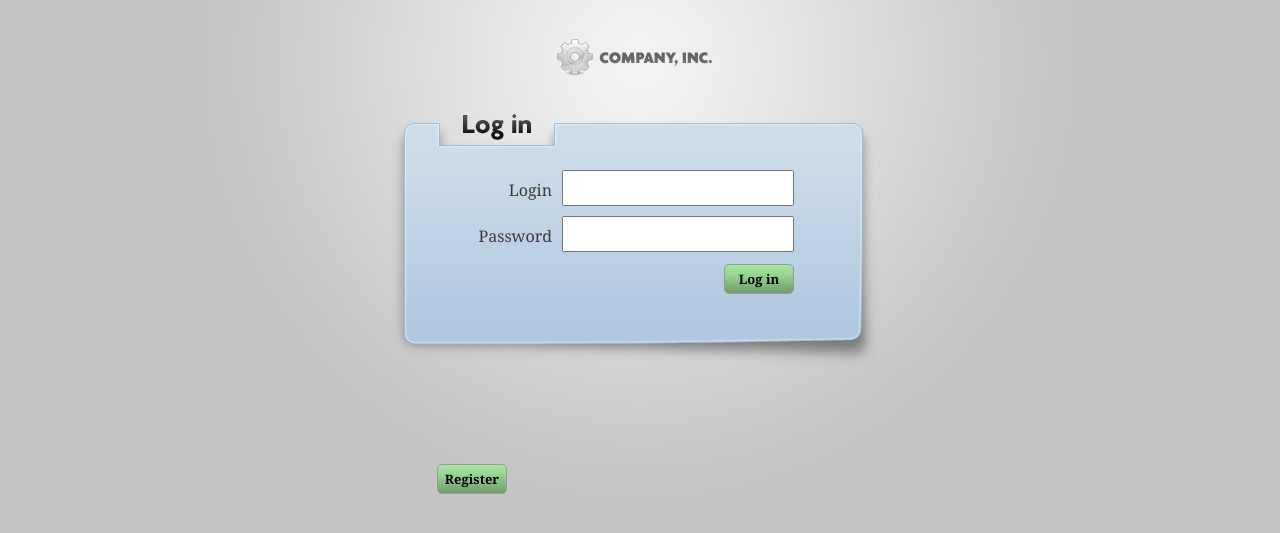
Repository: zlenyk/wrzucak
Page: Shop/WebContent/index.html
An editor plug-in stored every save of this project. The page is shown before and after the next save, followed by the edit.
The browser window is 1280 px wide. The pictures show the whole page.

Above is the page before, as saved 2013-09-20 10:03:49.

### Shop/WebContent/index.html
<!DOCTYPE html PUBLIC "-//W3C//DTD XHTML 1.0 Transitional//EN" "http://www.w3.org/TR/xhtml1/DTD/xhtml1-transitional.dtd">
<html xmlns="http://www.w3.org/1999/xhtml">

<head>
	<meta http-equiv="Content-Type" content="text/html; charset=UTF-8" />

	<title>Login Page</title>

	<link rel="stylesheet" type="text/css" href="style.css" />

</head>

<body>

	<form id="login-form" method="post" action="http://localhost:8080/Shop/Login">
		<fieldset>

			<legend>Log in</legend>

			<label for="login">Login</label>
			<input type="text" id="login" name="login"/>
			<div class="clear"></div>

			<label for="password">Password</label>
			<input type="password" id="password" name="password"/>
			<div class="clear"></div>

			<input type="hidden" name ="action" value = "login" />

			<br />

			<input type="submit" style="margin: -20px 0 0 287px;" class="button" name="commit" value="Log in"/>
		</fieldset>
	</form>

	<form id="login-form" method="post" action="http://localhost:8080/Shop/Registration">
			<input type="submit" style="margin: 110px 0 0 0px;" class="button" name="commit" value="Register"/>
	</form>
</body>

</html>

### Shop/WebContent/style.css
*					{ margin: 0; padding: 0; }
body				{ font-family: Georgia, serif; background: url(images/login-page-bg.jpg) top center no-repeat #c4c4c4; color: #3a3a3a;  }

.clear				{ clear: both; }

form				{ width: 406px; margin: 170px auto 0; }

legend				{ display: none; }

fieldset			{ border: 0; }

label				{ width: 115px; text-align: right; float: left; margin: 0 10px 0 0; padding: 9px 0 0 0; font-size: 16px; }

input				{ width: 220px; display: block; padding: 4px; margin: 0 0 10px 0; font-size: 18px;
					  color: #3a3a3a; font-family: Georgia, serif;}
input[type=checkbox]{ width: 20px; margin: 0; display: inline-block; }

.button				{ background: url(images/button-bg.png) repeat-x top center; border: 1px solid #999;
					  -moz-border-radius: 5px; padding: 5px; color: black; font-weight: bold;
					  -webkit-border-radius: 5px; font-size: 13px;  width: 70px; }
.button:hover		{ background: white; color: black; }

After the next save:
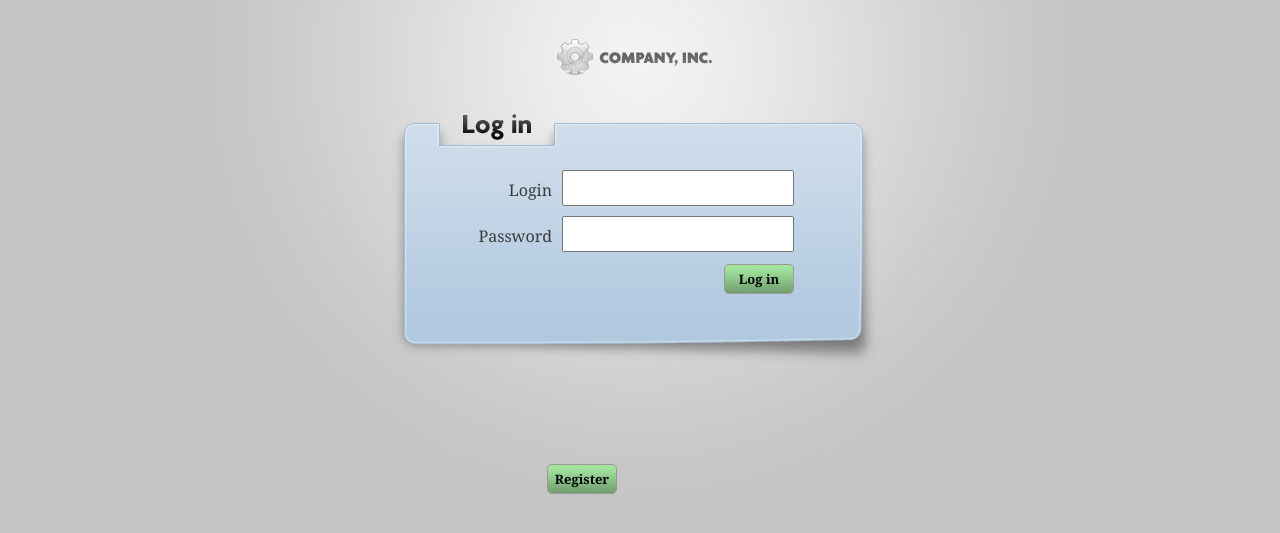
Saved 8 s later.
--- a/Shop/WebContent/index.html
+++ b/Shop/WebContent/index.html
@@ -34,7 +34,7 @@
 	</form>
 
 	<form id="login-form" method="post" action="http://localhost:8080/Shop/Registration">
-			<input type="submit" style="margin: 110px 0 0 0px;" class="button" name="commit" value="Register"/>
+			<input type="submit" style="margin: 110px 0 0 110px;" class="button" name="commit" value="Register"/>
 	</form>
 </body>
 

After the save that followed:
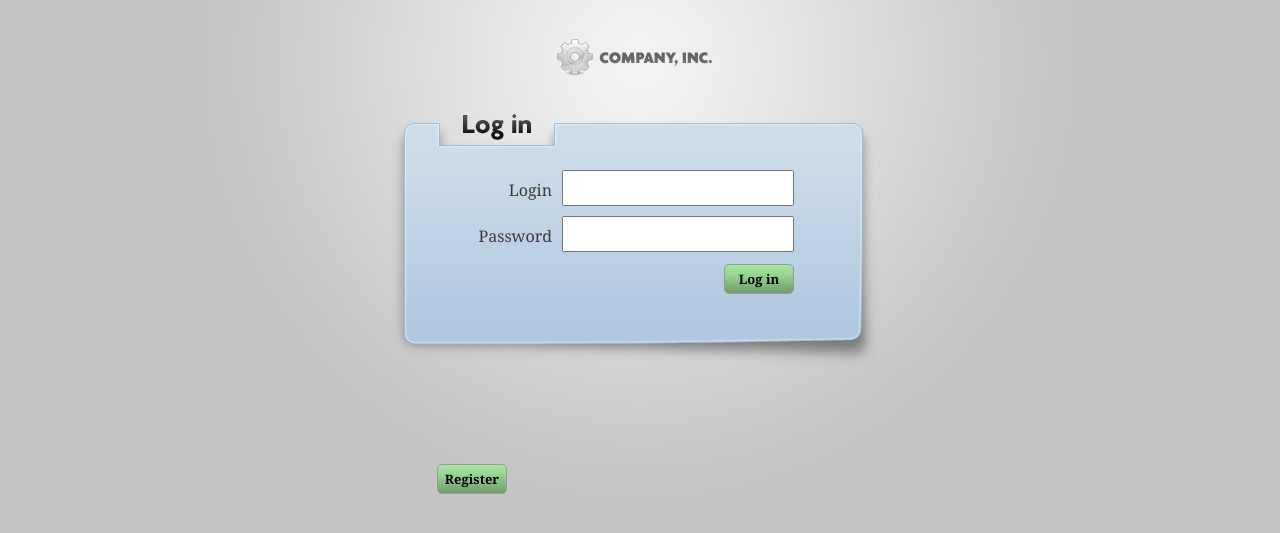
Saved 6 s later.
--- a/Shop/WebContent/index.html
+++ b/Shop/WebContent/index.html
@@ -34,7 +34,7 @@
 	</form>
 
 	<form id="login-form" method="post" action="http://localhost:8080/Shop/Registration">
-			<input type="submit" style="margin: 110px 0 0 110px;" class="button" name="commit" value="Register"/>
+			<input type="submit" style="margin: 110px 0 0 0px;" class="button" name="commit" value="Register"/>
 	</form>
 </body>
 
